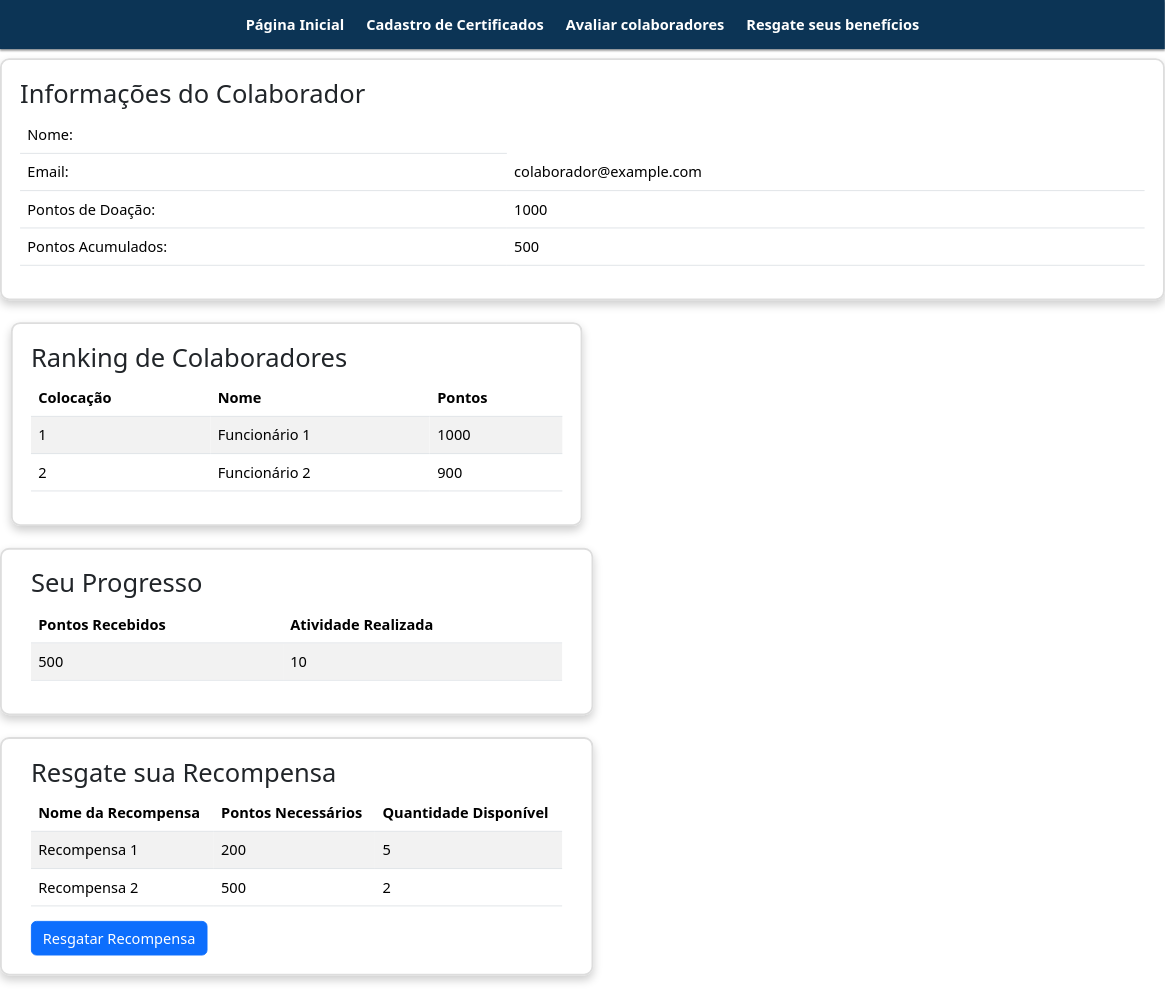
Repository: mumuryllo/ProjetoZupPointsCatalisa5
Page: ZuPointsCatalisa5 Front-End/colaborador.html
An editor plug-in stored every save of this project. The page is shown before and after the next save, followed by the edit.
The browser window is 1280 px wide. The pictures show the whole page, at 91% of full size.
The page's requests for data from a server got no answer.

Above is the page before, as saved 2023-10-12 17:42:29.

### ZuPointsCatalisa5 Front-End/colaborador.html
<!DOCTYPE html>
<html lang="en">
<head>
    <meta charset="UTF-8">
    <meta name="viewport" content="width=device-width, initial-scale=1.0">
    <title>Página de Funcionários</title>

    <link href="https://cdn.jsdelivr.net/npm/bootstrap@5.3.2/dist/css/bootstrap.min.css" rel="stylesheet"
        integrity="sha384-T3c6CoIi6uLrA9TneNEoa7RxnatzjcDSCmG1MXxSR1GAsXEV/Dwwykc2MPK8M2HN" crossorigin="anonymous">

    <link rel="stylesheet" href="style/nav-bar.css">

    <!-- Custom CSS for Styling -->
    <style>
        .custom-border {
            border: 2px solid #ddd;
            border-radius: 10px;
            padding: 20px;
            box-shadow: 0px 5px 10px rgba(0, 0, 0, 0.2);
        }
        .mb-4 {
            margin-bottom: 2rem;
        }
    </style>
</head>
<body>
    <!-- Cabeçalho -->
    <nav>
        <a href="index.html">Página Inicial</a>
        <a href="./cadastro_certificado.html">Cadastro de Certificados</a>
        <a href="avaliar_colaboradores.html"> Avaliar colaboradores</a>
        <a href="buscarEspecifico.html">Resgate seus benefícios</a>
    </nav>

    <div class="container-fluid">
        <div class="row">
            <!-- Informações do Colaborador -->
            <div class="col-md-12 custom-border mb-4">
                <h3>Informações do Colaborador</h3>
                <div class="table-responsive">
                    <table class="table">
                        <tbody>
                            <tr>
                                <td>Nome:</td>
                            </tr>
                            <tr>
                                <td>Email:</td>
                                <td>colaborador@example.com</td>
                            </tr>
                            <tr>
                                <td>Pontos de Doação:</td>
                                <td>1000</td>
                            </tr>
                            <tr>
                                <td>Pontos Acumulados:</td>
                                <td>500</td>
                            </tr>
                            <!-- Adicione mais informações conforme necessário -->
                        </tbody>
                    </table>
                </div>
            </div>
        </div>

        <!-- Coluna da esquerda com o ranking -->
        <div class="col-md-6 custom-border mb-4">
            <h3>Ranking de Colaboradores</h3>
            <table class="table table-striped">
                <thead>
                    <tr>
                        <th>Colocação</th>
                        <th>Nome</th>
                        <th>Pontos</th>
                    </tr>
                </thead>
                <tbody>
                    <tr>
                        <td>1</td>
                        <td>Funcionário 1</td>
                        <td>1000</td>
                    </tr>
                    <tr>
                        <td>2</td>
                        <td>Funcionário 2</td>
                        <td>900</td>
                    </tr>
                    <!-- Adicione mais linhas conforme necessário -->
                </tbody>
            </table>
        </div>

        <!-- Coluna da direita com divisão vertical -->
        <div class="col-md-6">
            <!-- Parte superior - Seu Progresso -->
            <div class="row justify-content-center custom-border mb-4" style="max-height: 50vh; overflow-y: auto;">
                <div class="col-12">
                    <h3>Seu Progresso</h3>
                    <div class="table-responsive">
                        <table class="table table-striped">
                            <thead>
                                <tr>
                                    <th>Pontos Recebidos</th>
                                    <th>Atividade Realizada</th>
                                </tr>
                            </thead>
                            <tbody>
                                <tr>
                                    <td>500</td>
                                    <td>10</td>
                                </tr>
                                <!-- Adicione mais linhas conforme necessário -->
                            </tbody>
                        </table>
                    </div>
                </div>
            </div>

            <!-- Divisão vertical -->
            <div class="row">
                <div class="col-12 border-right">
                    <!-- Parte inferior - Resgate sua Recompensa -->
                    <div class="row justify-content-center custom-border mb-4" style="max-height: 50vh; overflow-y: auto;">
                        <div class="col-12">
                            <h3>Resgate sua Recompensa</h3>
                            <div class="table-responsive">
                                <table class="table table-striped">
                                    <thead>
                                        <tr>
                                            <th>Nome da Recompensa</th>
                                            <th>Pontos Necessários</th>
                                            <th>Quantidade Disponível</th>
                                        </tr>
                                    </thead>
                                    <tbody>
                                        <tr>
                                            <td>Recompensa 1</td>
                                            <td>200</td>
                                            <td>5</td>
                                        </tr>
                                        <tr>
                                            <td>Recompensa 2</td>
                                            <td>500</td>
                                            <td>2</td>
                                        </tr>
                                        <!-- Adicione mais linhas conforme necessário -->
                                    </tbody>
                                </table>
                            </div>
                            <button class="btn btn-primary text-center">Resgatar Recompensa</button>
                        </div>
                    </div>
                </div>
            </div>
        </div>
    </div>
    <script src="./js/listarInfoColaboradores.js"></script>
    <script src="./js/listarCertificado.js"></script>
    <script src="https://cdn.jsdelivr.net/npm/bootstrap@5.3.2/dist/js/bootstrap.bundle.min.js" integrity="sha384-C6RzsynM9kWDrMNeT87bh95OGNyZPhcTNXj1NW7RuBCsyN/o0jlpcV8Qyq46cDfL" crossorigin="anonymous"></script>
</body>
</html>

### ZuPointsCatalisa5 Front-End/style/nav-bar.css
:root {
    --cor0: #0e1a33;
    --cor1: #061b2c;
    --cor2: #0c3455;
    --cor3: #8dc63F;
    --cor4: #40ba84;
    --cor5: #ef4123;
    --cor6: #f7941e;
    --cor7: #909090;
    --cor8: #ffffff;

    --fonte-padrao: Arial, Verdana, Helvetica, sans-serif;
    --fonte-destaque: 'Bebas Neue', cursive;
}

header {
    background-image: linear-gradient(to bottom, var(--cor0), var(--cor2));
    text-align: center;
    min-height: 150px;
    padding-top: 30px;
}

header>h1 {
    color: var(--cor8);
    font-weight: normal;
    font-size: 3em;
    margin-bottom: 20px;
    text-shadow: 2px 2px 0 rgba(0, 0, 0, 0.466);
}

header>p {
    color: var(--cor8);
    font-size: 1.2em;
    padding-left: 10px;
    padding-right: 10px;
    margin: auto;
    padding-bottom: 20px;
    text-shadow: 2px 2px 0 rgba(0, 0, 0, 0.466);
}

nav {
    background-color: var(--cor2);
    padding: 15px;
    box-shadow: 0px 2px 2px #0000005b;
    text-align: center;
    margin-bottom: 10px;
}

nav a {
    color: var(--cor8);
    padding: 10px;
    text-decoration: none;
    font-weight: bold;
    transition-duration: 0.5s;
}

nav a:hover {
    border-bottom: 5px solid var(--cor3);
    padding-bottom: 2px;
    text-decoration: none;/
}

### ZuPointsCatalisa5 Front-End/js/listarInfoColaboradores.js
document.addEventListener("DOMContentLoaded", function () {
    function fetchColaboradorData() {
        const colaboradorId = localStorage.getItem('id');
        const url = `http://localhost:8080/colaboradores/${colaboradorId}`;
        const token =  localStorage.getItem('token'); // Substitua pelo seu token Bearer válido

        fetch(url, {
            headers: {
                'Authorization': `Bearer ${token}`
            }
        })
            .then(response => {
                if (!response.ok) {
                    throw new Error(`Erro na requisição: ${response.status} - ${response.statusText}`);
                }
                return response.json();
            })
            .then(data => {
                // Substitua os IDs dos elementos abaixo pelos IDs corretos em seu HTML
                document.getElementById('nomeColaborador').textContent = data.nome;
                document.getElementById('emailColaborador').textContent = data.email;
                document.getElementById('pontosDoacao').textContent = data.pontosDoacao;
                document.getElementById('pontosAcumulados').textContent = data.pontosAcumulados;
            })
            .catch(error => {
                console.error('Erro na requisição:', error);
            });
    }

    fetchColaboradorData();
});

### ZuPointsCatalisa5 Front-End/js/listarCertificado.js
document.addEventListener('DOMContentLoaded', function () {
    const token = localStorage.getItem('token');
    const userId = localStorage.getItem('id');

    fetch(`http://localhost:8080/certificados?colaborador_id=${userId}`, {
      method: 'GET',
      headers: {
        'Authorization': `Bearer ${token}`
      }
    })
      .then(response => {
        if (response.ok) {
          return response.json();
        } else {
          throw new Error('Falha na requisição');
        }
      })
      .then(certificados => {
        const certificadosAccordion = document.querySelector('#certificadosAccordion');

        certificados.forEach(certificado => {
          const certificadoItem = document.createElement('div');
          certificadoItem.className = 'accordion-item';

          if(certificado.colaborador.id==userId){

            certificadoItem.innerHTML = `
            <h2 class="accordion-header" id="certificado${certificado.id}Heading">
              <button class="accordion-button" type="button" data-bs-toggle="collapse" data-bs-target="#certificado${certificado.id}Collapse" aria-expanded="true" aria-controls="certificado${certificado.id}Collapse">
                Certificado ${certificado.nome}
              </button>
            </h2>
            <div id="certificado${certificado.id}Collapse" class="accordion-collapse collapse" aria-labelledby="certificado${certificado.id}Heading" data-bs-parent="#certificadosAccordion">
              <div class="accordion-body">
                <p><strong>Nome:</strong> ${certificado.nome}</p>
                <p><strong>Link:</strong> <a href="${certificado.link}">${certificado.link}</a></p>
                <p><strong>Número de Credencial:</strong> ${certificado.numero_credencial}</p>
                <p><strong>Tipo de Certificado:</strong> ${certificado.tipo_certificado}</p>
                <p><strong>Validação Certificado:</strong> ${certificado.certificado_valido}</p>
              </div>
            </div>
          `;

          certificadosAccordion.appendChild(certificadoItem);
          }

        });
      })
      .catch(error => {
        console.error('Ocorreu um erro:', error);
      });
  });

After the next save:
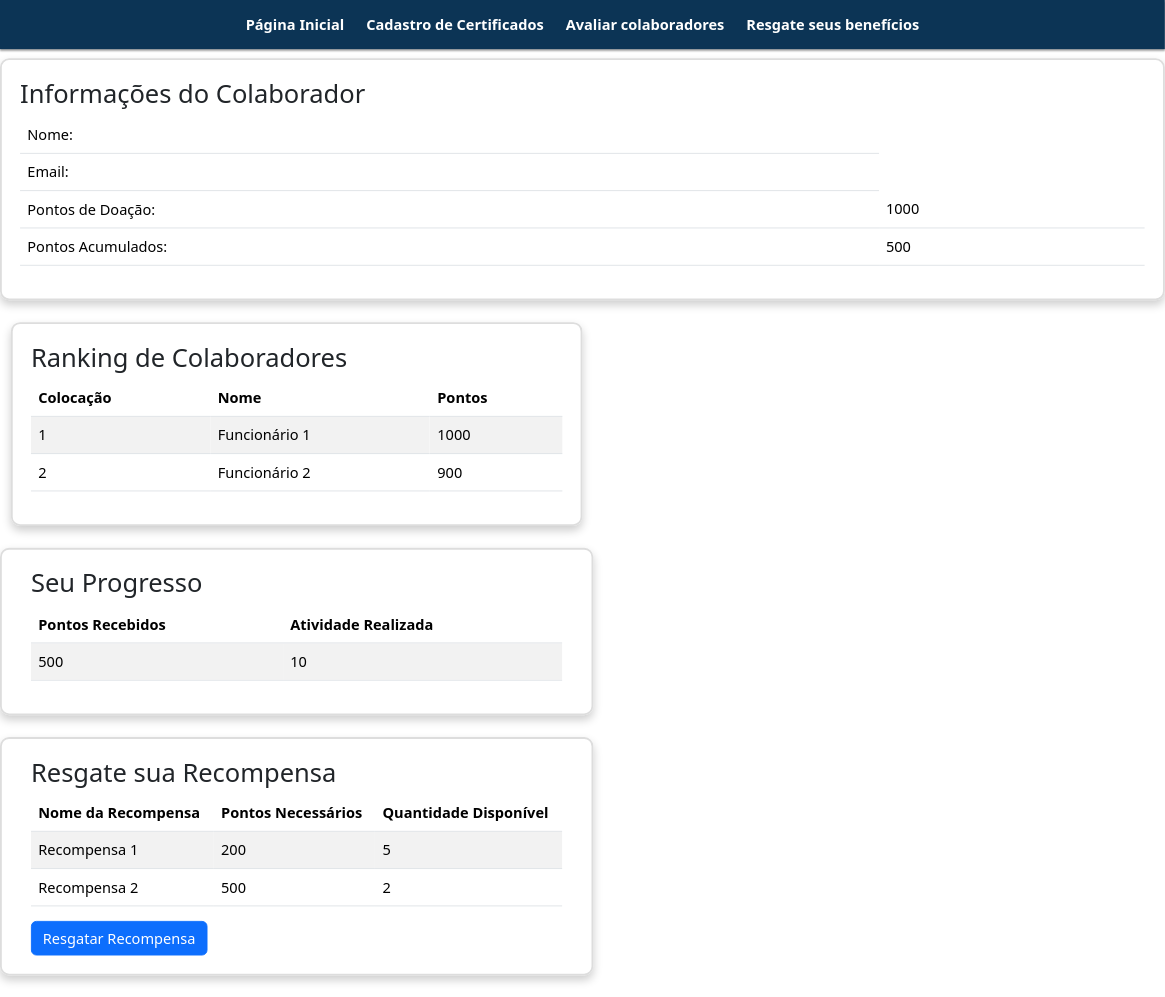
Saved 3 s later.
--- a/ZuPointsCatalisa5 Front-End/colaborador.html
+++ b/ZuPointsCatalisa5 Front-End/colaborador.html
@@ -45,7 +45,6 @@
                             </tr>
                             <tr>
                                 <td>Email:</td>
-                                <td>colaborador@example.com</td>
                             </tr>
                             <tr>
                                 <td>Pontos de Doação:</td>
